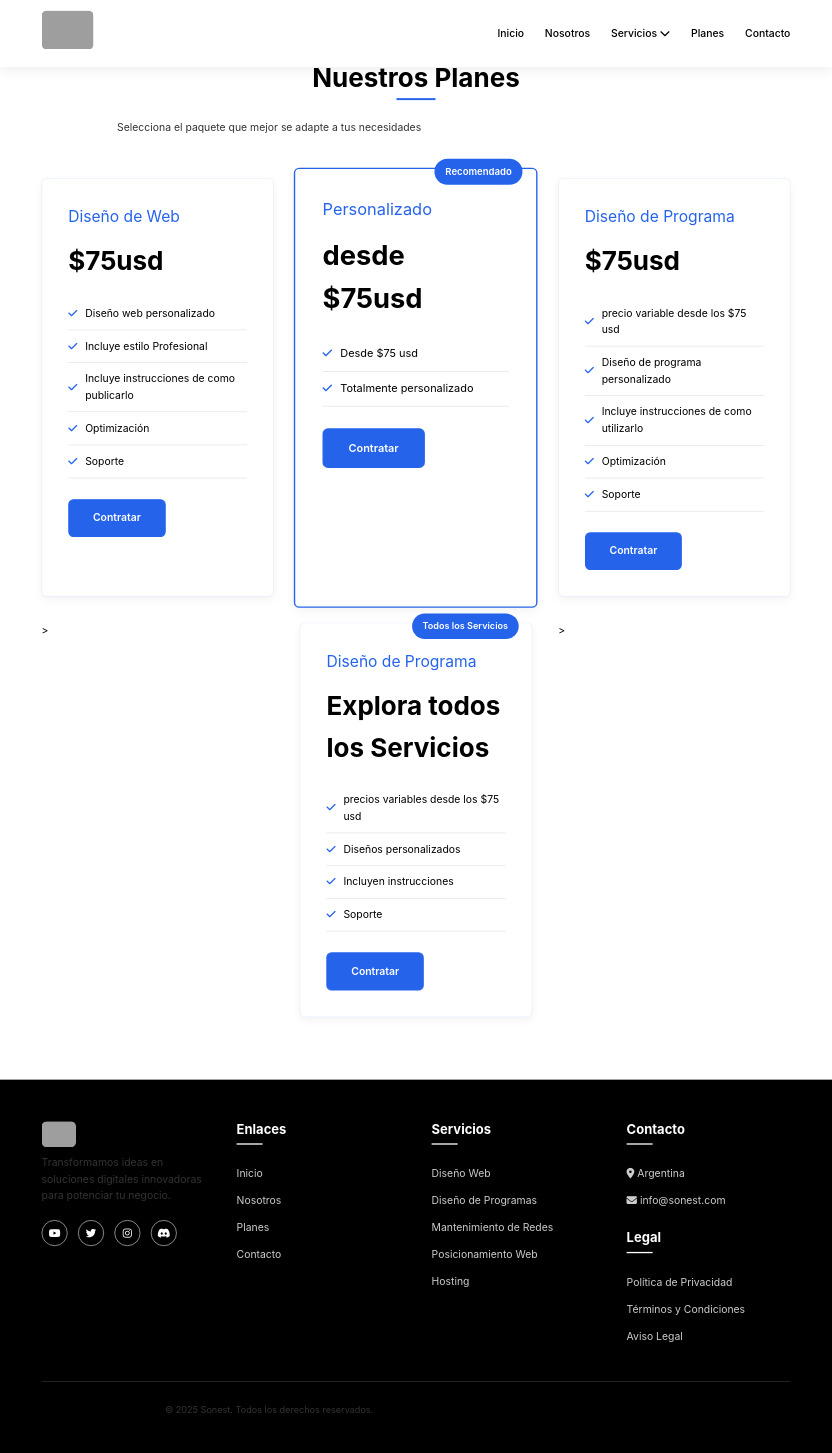
Repository: FabriDevelope/sonest
Page: planes.html
These files come from the project's save history. The page is drawn as it stood at one moment and after the next save; the edit follows.
The browser window is 1280 px wide. The pictures show the whole page, at 65% of full size.
Pictures or frames that could not be fetched are drawn as grey boxes.

Above is the page before, as saved 2025-08-03 02:57:37.

After the next save:
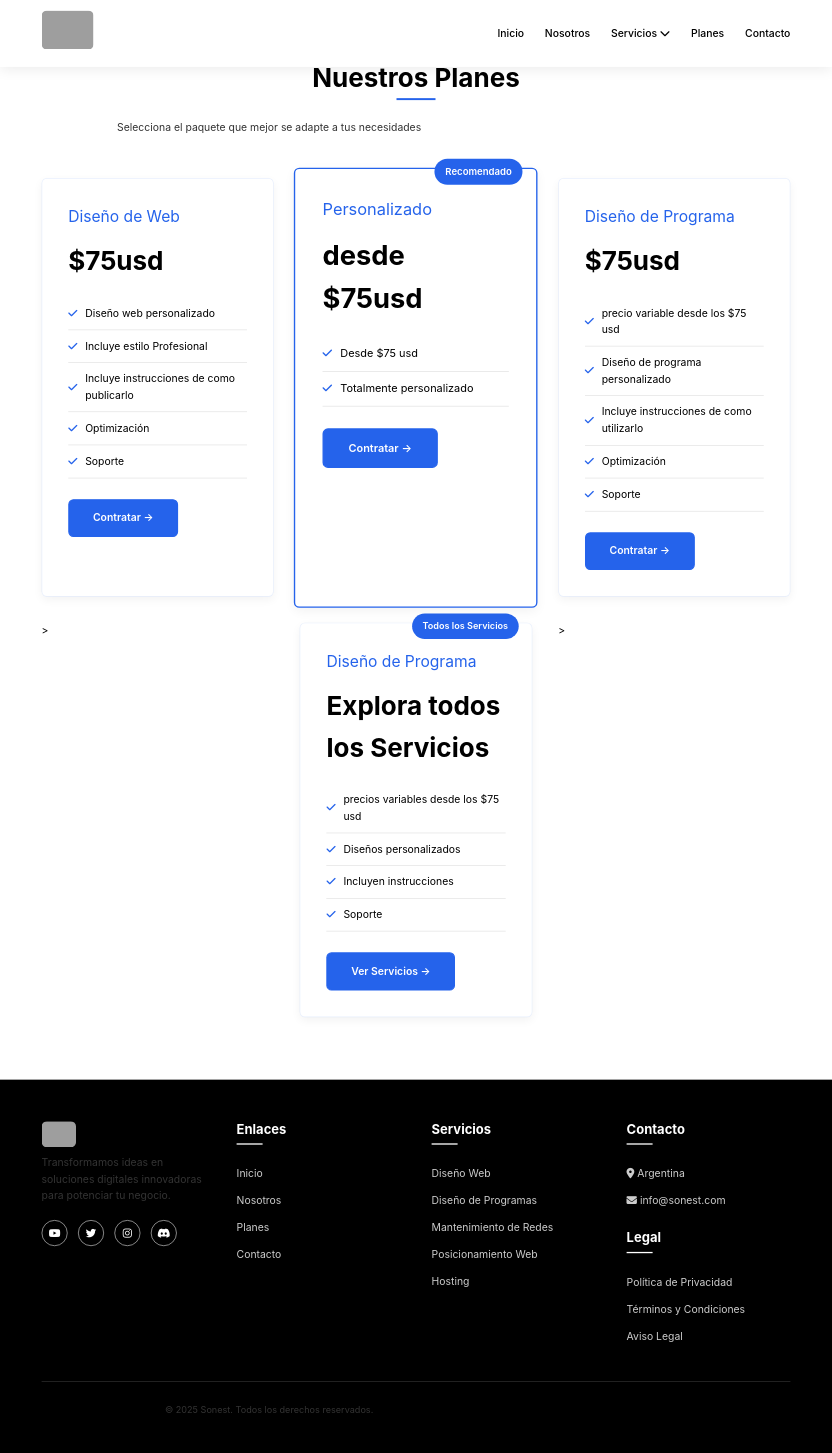
Saved 27 s later.
--- a/planes.html
+++ b/planes.html
@@ -135,7 +135,7 @@
                             <li>Optimización</li>
                             <li>Soporte</li>
                         </ul>
-                        <a href="pago.html" class="btn">Contratar</a>
+                        <a href="pago.html" class="btn">Contratar -></a>
                     </div>
 
                     <div class="plan-card featured fade-in">
@@ -146,7 +146,7 @@
                             <li>Desde $75 usd</li>
                             <li>Totalmente personalizado</li>
                         </ul>
-                        <a href="pago.html" class="btn">Contratar</a>
+                        <a href="pago.html" class="btn">Contratar -></a>
                     </div>
 
                     <div class="plan-card fade-in">
@@ -159,7 +159,7 @@
                             <li>Optimización</li>
                             <li>Soporte</li>
                         </ul>
-                        <a href="pago.html" class="btn">Contratar</a>
+                        <a href="pago.html" class="btn">Contratar -></a>
                     </div>>
 
                     <div class="plan-card fade-in">
@@ -172,7 +172,7 @@
                             <li>Incluyen instrucciones</li>
                             <li>Soporte</li>
                         </ul>
-                        <a href="pago.html" class="btn">Contratar</a>
+                        <a href="pago.html" class="btn">Ver Servicios -></a>
                     </div>>
                 </div>
             </div>
